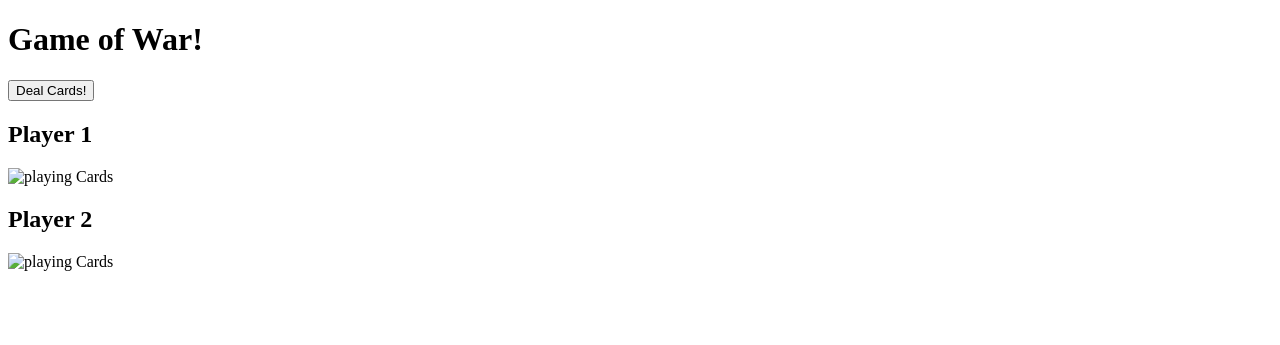
Repository: barroso2223/cakeByG
Page: index.html
These files come from the project's save history. The page is drawn as it stood at one moment and after the next save; the edit follows.
The browser window is 1280 px wide. The pictures show the whole page.

Above is the page before, as saved 2024-10-11 14:45:01.

After the next save:
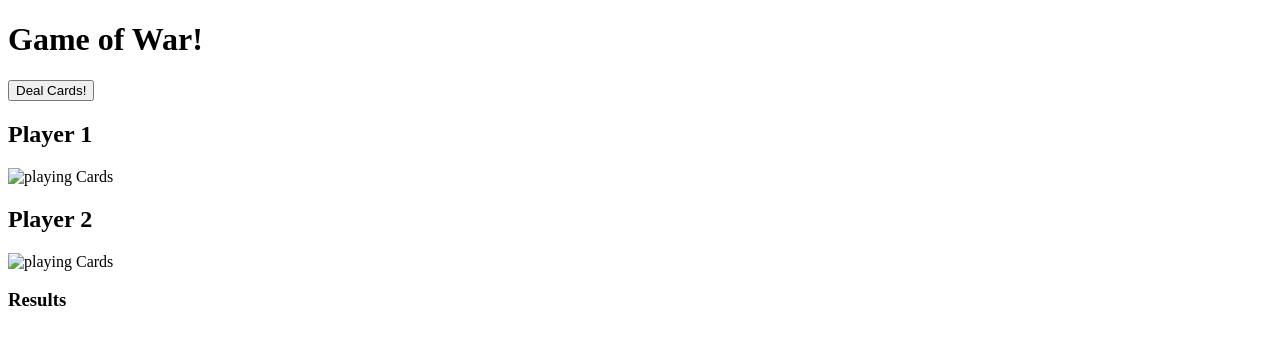
Saved 31 s later.
--- a/index.html
+++ b/index.html
@@ -16,6 +16,8 @@
     <h2>Player 2</h2>
     <img id="player2" src="" alt="playing Cards">
 
+    <h3>Results</h3>
+
     <script type="text/javascript" src="main.js"></script>
 </body>
 </html>
